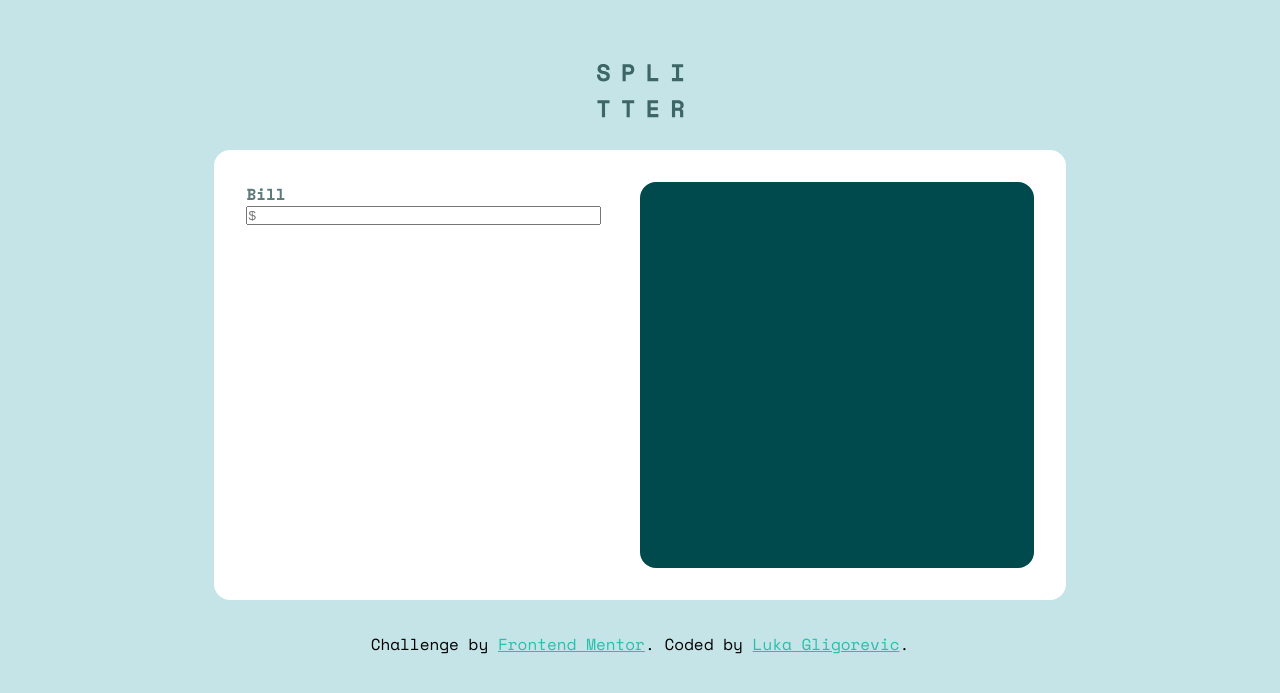
Repository: gligor99/tip-fmentor
Page: /
An editor plug-in stored every save of this project. The page is shown before and after a run of saves, followed by the edit.
The browser window is 1280 px wide. The pictures show the whole page.
The project was rebuilt for these pictures with package versions that can differ from the ones it lists, and the page was loaded fresh each time.

Above is the page before, as saved 2021-11-26 21:34:11.

After the next 2 saves:
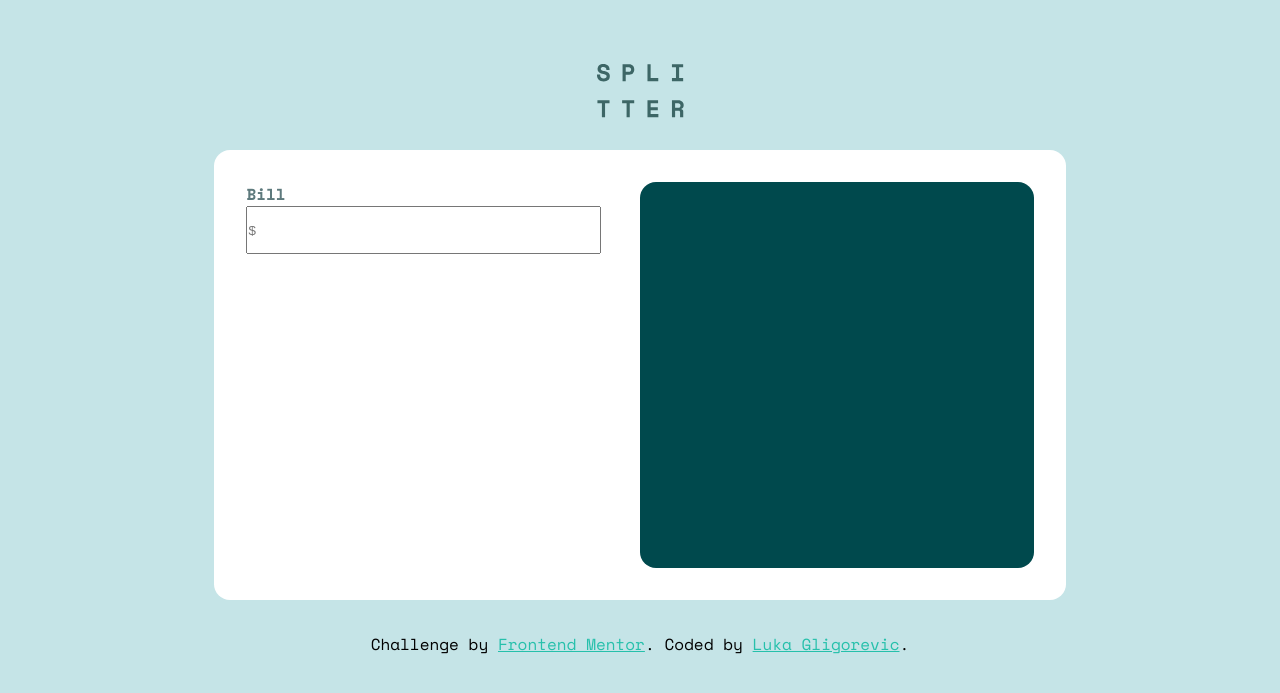
The 2 saves are shown as one change because they came seconds apart.
The last was saved 14 s later.
--- a/src/index.css
+++ b/src/index.css
@@ -81,6 +81,7 @@ body {
 
 .bill-input {
   width: 90%;
+  height: 3rem;
 }
 
 @media screen and (max-width: 700px) {
